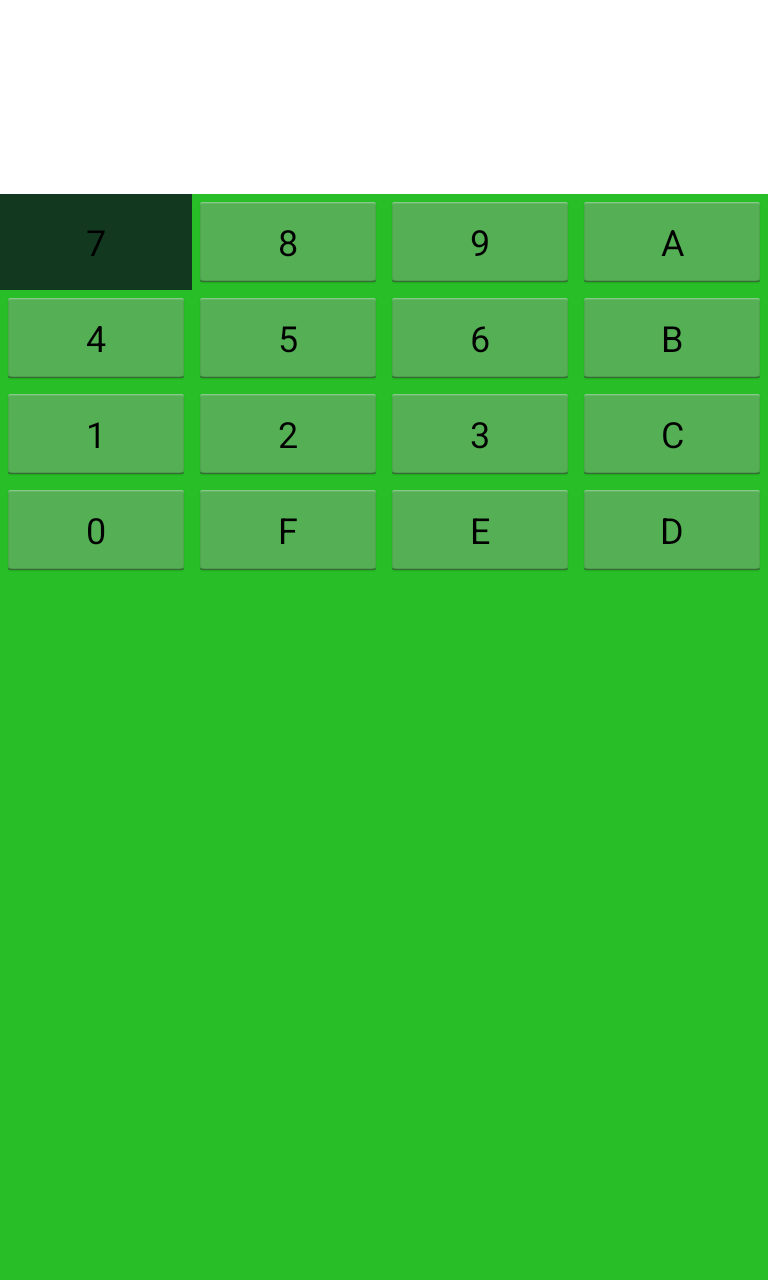
Repository: RamDion/BSIT_Calculator
Layout: CcsCalcu/res/layout/activity_calculator.xml
An editor plug-in stored every save of this project. The layout is shown before and after the next save, followed by the edit.
It is drawn on a 768 x 1280 px phone screen (xhdpi) without system bars, with theme AppTheme; the app's code is not run.

Above is the layout before, as saved 2014-09-04 05:16:48.

### CcsCalcu/res/layout/activity_calculator.xml
    <TableLayout
        xmlns:android="http://schemas.android.com/apk/res/android"
    	xmlns:tools="http://schemas.android.com/tools"
        android:layout_width="fill_parent"
        android:layout_height="fill_parent"
        android:background="#28be27"
        android:layout_alignParentLeft="true"
        android:layout_alignParentTop="true"
        android:layout_alignParentRight="true"
        android:layout_alignParentBottom="true"
    tools:context="com.example.android_calc.MainActivity">

        <TableRow
            android:id="@+id/tableRow1"
            android:layout_width="fill_parent"
            android:layout_height="wrap_content"
             >

            <EditText
                android:id="@+id/calc_screen"
                android:background="#ffffff"
                android:layout_weight="1"
                android:layout_width="0dip"
                android:layout_height="wrap_content"
                android:textSize="36sp"
                android:inputType="none" >

            </EditText>

        </TableRow>

        <TableRow
            android:id="@+id/tableRow1"
            android:layout_width="fill_parent"
            android:layout_height="wrap_content"
             >

            <TextView

                android:background="#ffffff"
                android:layout_weight="1"
                android:layout_width="0dip"
                android:layout_height="wrap_content"
                android:textSize="36sp"
                android:inputType="none" >

            </TextView>

        </TableRow>



        <TableRow
            android:id="@+id/tableRow2"
            android:layout_width="fill_parent"
            android:layout_height="wrap_content" >

            <Button
                android:id="@+id/seven"
                android:background="#123820"
                android:layout_width="0dip"
                android:layout_weight="0.25"
                android:layout_height="wrap_content"
                android:text="@string/seven" />

            <Button
                android:id="@+id/eight"
                android:layout_width="0dip"
                android:layout_weight="0.25"
                android:layout_height="wrap_content"
                android:text="@string/eight" />

            <Button
                android:id="@+id/nine"
                android:layout_width="0dip"
                android:layout_weight="0.25"
                android:layout_height="wrap_content"
                android:text="@string/nine" />

            <Button
                android:id="@+id/a"
                android:layout_width="0dip"
                android:layout_weight="0.25"
                android:layout_height="wrap_content"
                android:text="@string/a" />

        </TableRow>

        <TableRow
            android:id="@+id/tableRow3"
            android:layout_width="fill_parent"
            android:layout_height="wrap_content" >
             <Button
                android:id="@+id/four"
                android:layout_width="0dip"
                android:layout_weight="0.25"
                android:layout_height="wrap_content"
                android:text="@string/four" />

            <Button
                android:id="@+id/five"
                android:layout_width="0dip"
                android:layout_weight="0.25"
                android:layout_height="wrap_content"
                android:text="@string/five" />

            <Button
                android:id="@+id/six"
                android:layout_width="0dip"
                android:layout_weight="0.25"
                android:layout_height="wrap_content"
                android:text="@string/six" />

            <Button
                android:id="@+id/b"
                android:layout_width="0dip"
                android:layout_weight="0.25"
                android:layout_height="wrap_content"
                android:text="@string/b" />


        </TableRow>

        <TableRow
            android:id="@+id/tableRow4"
            android:layout_width="fill_parent"
            android:layout_height="wrap_content" >

            <Button
                android:id="@+id/one"
                android:layout_width="0dip"
                android:layout_weight="0.25"
                android:layout_height="wrap_content"
                android:text="@string/one" />

            <Button
                android:id="@+id/two"
                android:layout_width="0dip"
                android:layout_weight="0.25"
                android:layout_height="wrap_content"
                android:text="@string/two" />

            <Button
                android:id="@+id/three"
                android:layout_width="0dip"
                android:layout_weight="0.25"
                android:layout_height="wrap_content"
                android:text="@string/three" />

            <Button
                android:id="@+id/c"
                android:layout_width="0dip"
                android:layout_weight="0.25"
                android:layout_height="wrap_content"
                android:text="@string/c" />
        </TableRow>

         <TableRow
            android:id="@+id/tableRow5"
            android:layout_width="fill_parent"
            android:layout_height="wrap_content" >

            <Button
                android:id="@+id/zero"
                android:layout_width="0dip"
                android:layout_weight="0.25"
                android:layout_height="wrap_content"
                android:text="@string/zero" />

            <Button
                android:id="@+id/f"
                android:layout_width="0dip"
                android:layout_weight="0.25"
                android:layout_height="wrap_content"
                android:text="@string/f" />

            <Button
                android:id="@+id/e"
                android:layout_width="0dip"
                android:layout_weight="0.25"
                android:layout_height="wrap_content"
                android:text="@string/e" />

            <Button
                android:id="@+id/d"
                android:layout_width="0dip"
                android:layout_weight="0.25"
                android:layout_height="wrap_content"
                android:text="@string/d" />
        </TableRow>
    </TableLayout>

### CcsCalcu/res/values/strings.xml
<?xml version="1.0" encoding="utf-8"?>
<resources>

    <string name="app_name">CcsCalcu</string>
    <string name="action_settings">Settings</string>
    <string name="hello_world">BSIT</string>
    <string name="calcu">Calculator</string>
    <string name="title_activity_calculator">Calculator</string>
    <string name="clr">CLEAR</string>
    <string name="zero">0</string>
    <string name="one">1</string>
    <string name="two">2</string>
    <string name="three">3</string>
    <string name="four">4</string>
    <string name="five">5</string>
    <string name="six">6</string>
    <string name="seven">7</string>
    <string name="eight">8</string>
    <string name="nine">9</string>
    <string name="a">A</string>
    <string name="b">B</string>
    <string name="c">C</string>
    <string name="d">D</string>
    <string name="e">E</string>
    <string name="f">F</string>
    <string name="binary">Binary</string>
    <string name="octal">Octal</string>
    <string name="decimal">Decimal</string>
    <string name="hexa">Hexadecimal</string>
    <string name="title_activity_egapos">EGapos</string>

</resources>

Loaded but not shown: CcsCalcu/res/values/styles.xml (common file); CcsCalcu/res/values-v11/styles.xml (common file); CcsCalcu/res/values-v14/styles.xml (common file)

After the next save:
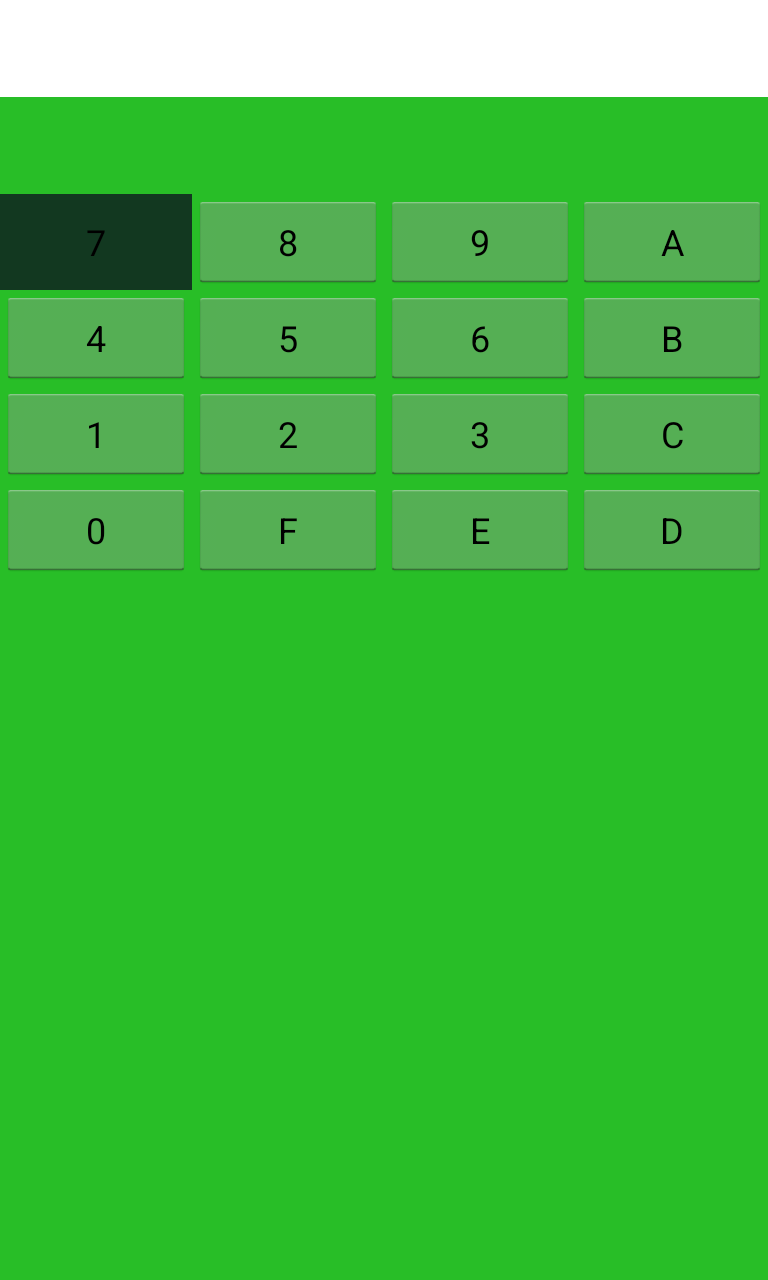
Saved 8 s later.
--- a/CcsCalcu/res/layout/activity_calculator.xml
+++ b/CcsCalcu/res/layout/activity_calculator.xml
@@ -37,7 +37,7 @@
 
             <TextView
 
-                android:background="#ffffff"
+                android:background="#28be27"
                 android:layout_weight="1"
                 android:layout_width="0dip"
                 android:layout_height="wrap_content"
